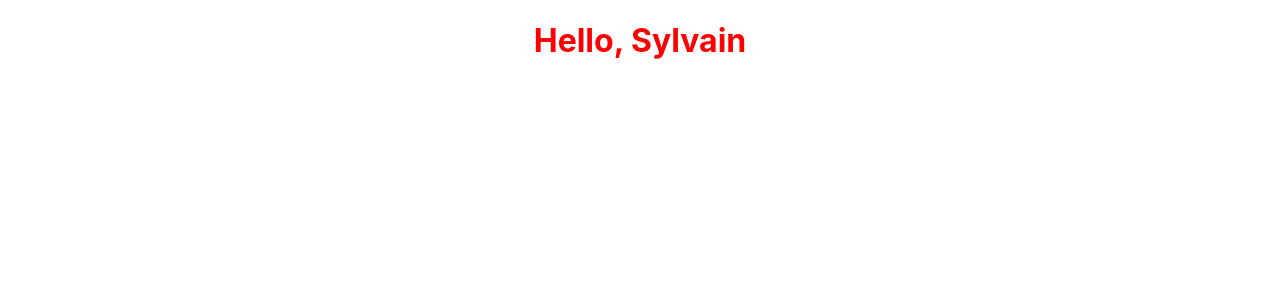
Repository: sylvainJacot/JS_Studio_2019
Page: /
An editor plug-in stored every save of this project. The page is shown before and after a run of saves, followed by the edit.
The browser window is 1280 px wide. The pictures show the whole page.
The project was rebuilt for these pictures with package versions that can differ from the ones it lists, and the page was loaded fresh each time.

Above is the page before, as saved 2019-05-31 17:21:46.

### src/App.js
import React from "react";
import "./App.css";
import PropTypes from 'prop-types';
import Header from "./Header";
import styled from 'styled-components';

const Body = styled.div`
background-color= red;
`;

function App() {
  return (
    <div className="App">
      <Body>
<Header name="Sylvain"/>
</Body></div>
  );
}

App.propTypes = {
  name: PropTypes.string
}

export default App;

### src/Header.js
import React from "react";
import "./App.css";
import PropTypes from 'prop-types';
import styled from 'styled-components';

const Title = styled.h1`
color: red;
`;


class Header extends React.Component {
    render() {
      return (
        <Title>Hello, {this.props.name}</Title>
      );
    }
  }

Header.propTypes = {
    name: PropTypes.string
  };

  Header.defaultProps = {
    name: 'Stranger'
  };

  export default Header;

Loaded but not shown: public/index.html (common file); src/index.js (common file); src/index.css (common file); src/serviceWorker.js (common file); src/App.css (common file)

After the next 3 saves:
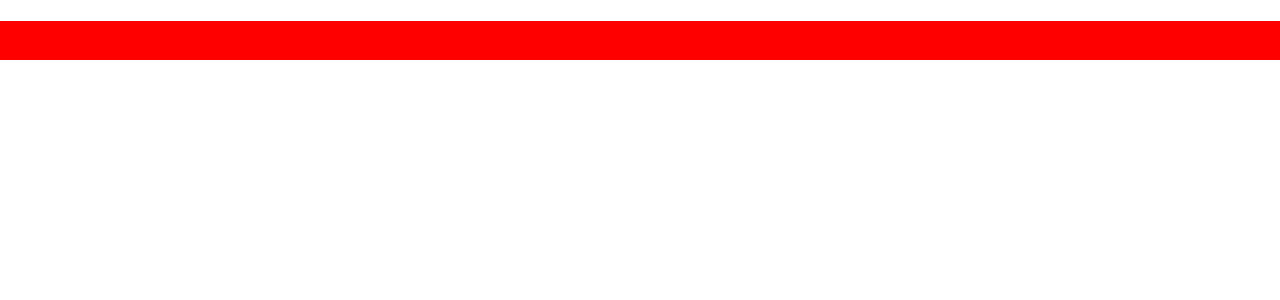
The 3 saves are shown as one change because they came seconds apart.
The last was saved 20 s later.
--- a/src/App.js
+++ b/src/App.js
@@ -5,7 +5,8 @@
 import styled from 'styled-components';
 
 const Body = styled.div`
-background-color= red;
+background-color: red;
+width
 `;
 
 function App() {

After the save that followed:
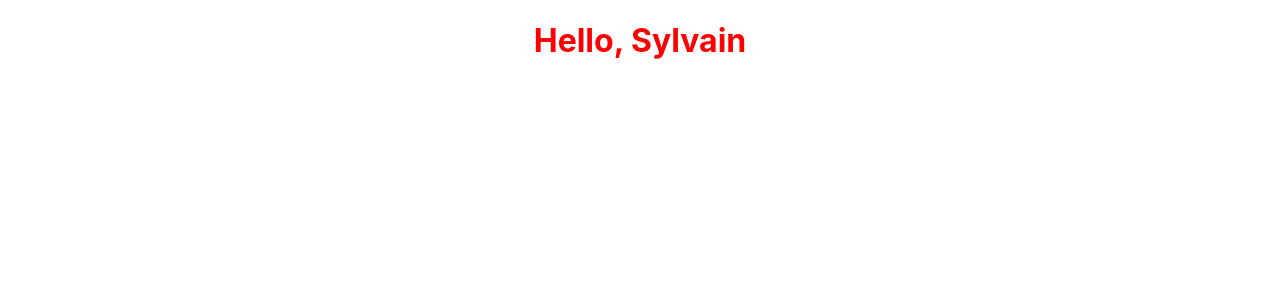
Saved 7 s later.
--- a/src/App.js
+++ b/src/App.js
@@ -5,7 +5,7 @@
 import styled from 'styled-components';
 
 const Body = styled.div`
-background-color: red;
+background-color: light-grey;
 width
 `;
 
